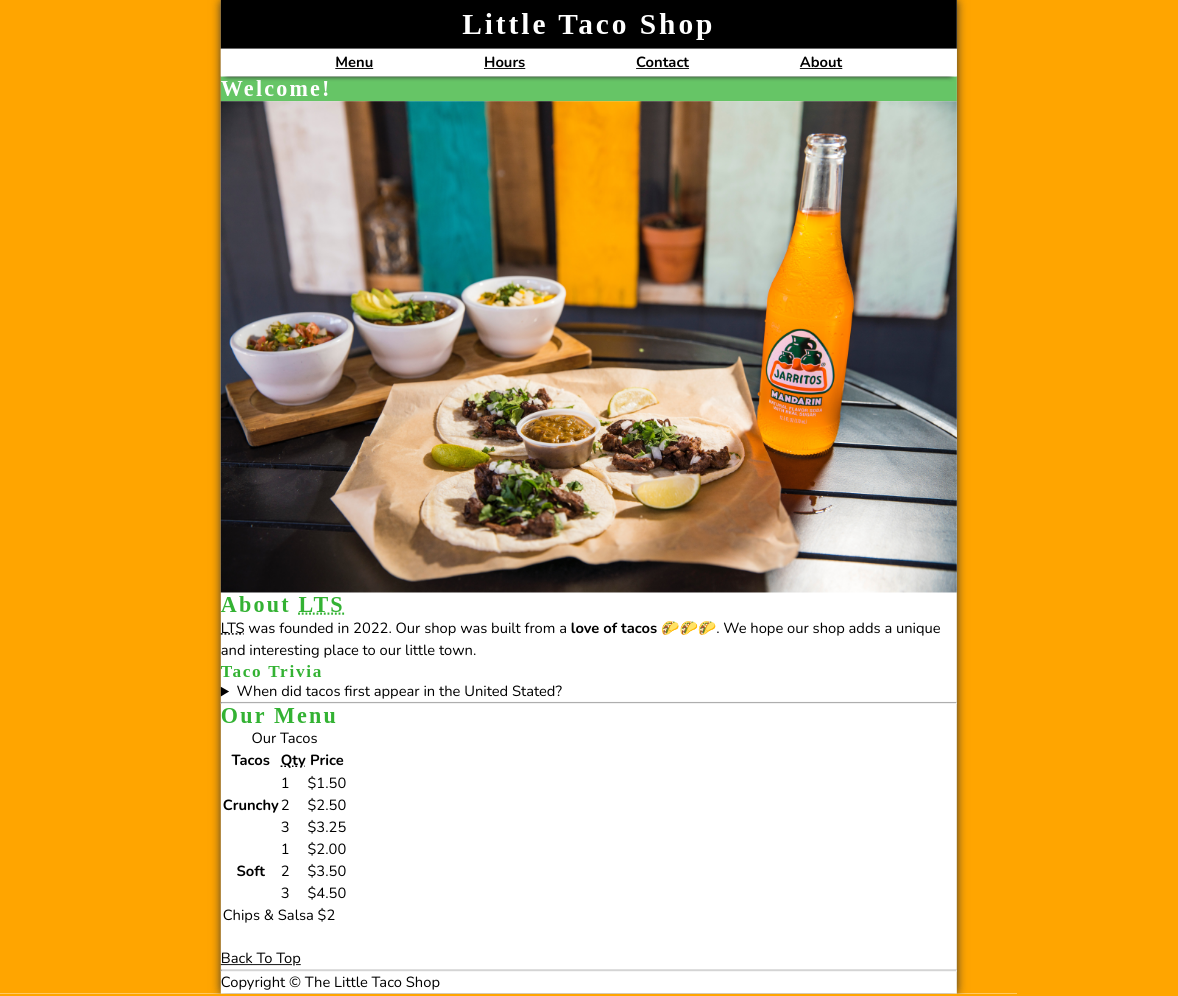
Repository: nabieusuma/Little-taco-shop
Page: index.html
An editor plug-in stored every save of this project. The page is shown before and after the next save, followed by the edit.
The browser window is 1280 px wide. The pictures show the whole page, at 92% of full size.
Some web fonts or font styles are not loaded; a fallback is used.

Above is the page before, as saved 2026-05-06 14:03:06.

After the next save:
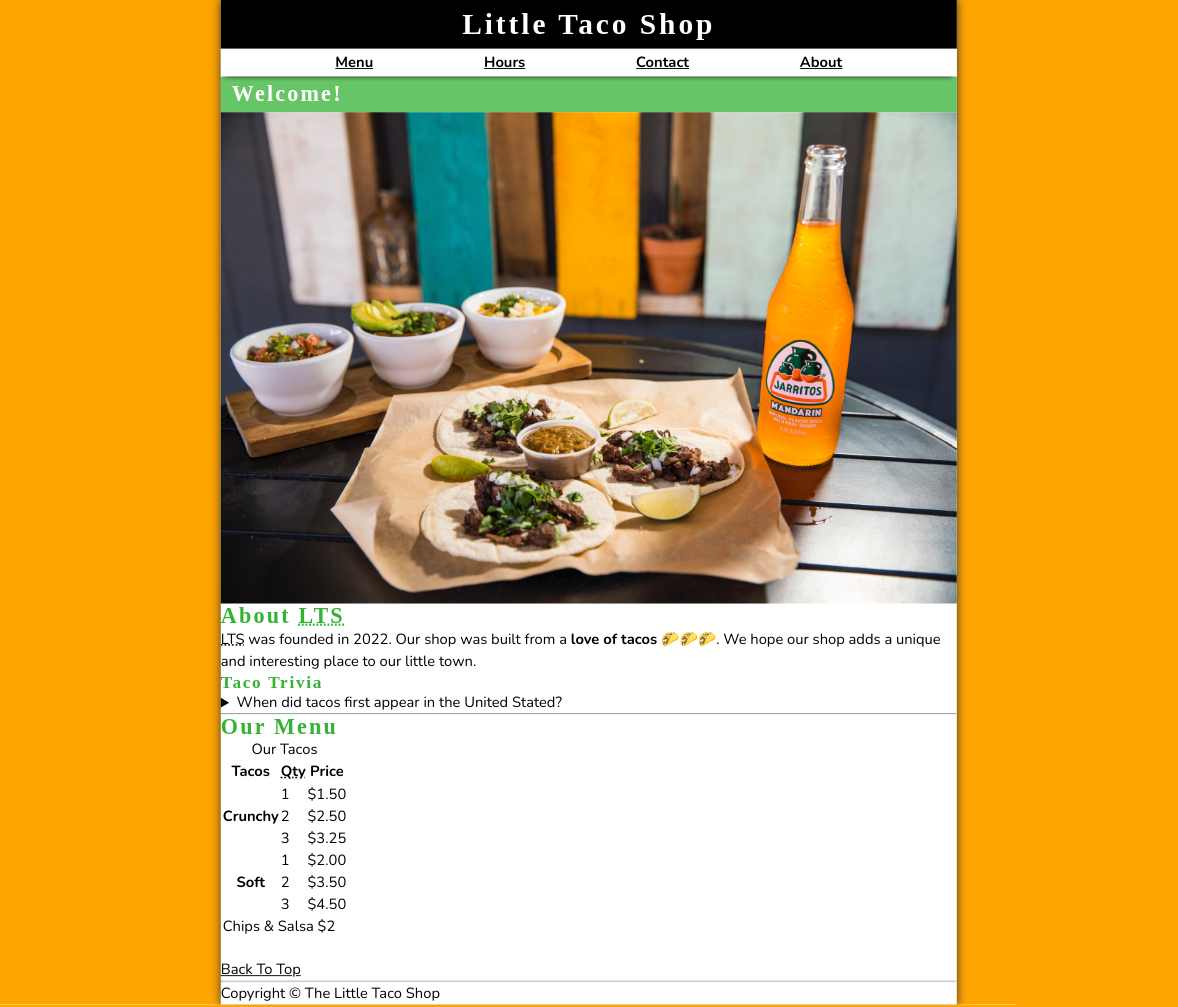
Saved 4 s later.
--- a/style.css
+++ b/style.css
@@ -161,5 +161,5 @@
 .hero__h2 {
   background-color: var(--HERO-BGCOLOR);
   color: var(--HERO-COLOR);
-  padding: 0.25em 0.;
+  padding: 0.25em 0.5em;
 }
